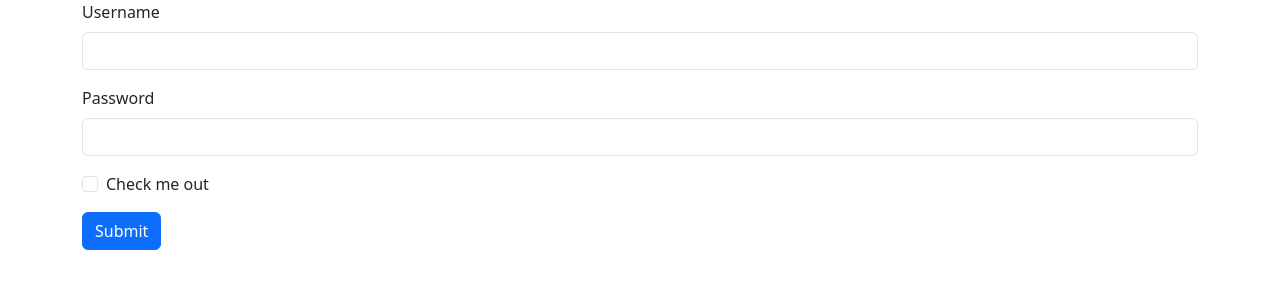
Repository: Vanh260703/Java-Servlet
Page: http://localhost/Bai6_JSP3/login.jsp
The author's editor kept a copy of each file at every save. The page is drawn from the files as they stood at one save, then again after the next save.
The browser window is 1280 px wide. The pictures show the whole page.
The page is served by Tomcat 9.

Above is the page before, as saved 2025-03-03 20:01:01.

### Bai6_JSP3/src/main/webapp/login.jsp
<%@ page language="java" contentType="text/html; charset=UTF-8"
    pageEncoding="UTF-8"%>
<!DOCTYPE html>
<html>
<head>
<meta charset="UTF-8">
<title>Insert title here</title>
<link href="https://cdn.jsdelivr.net/npm/bootstrap@5.3.3/dist/css/bootstrap.min.css" rel="stylesheet" integrity="sha384-QWTKZyjpPEjISv5WaRU9OFeRpok6YctnYmDr5pNlyT2bRjXh0JMhjY6hW+ALEwIH" crossorigin="anonymous">
<script src="https://cdn.jsdelivr.net/npm/@popperjs/core@2.11.8/dist/umd/popper.min.js" integrity="sha384-I7E8VVD/ismYTF4hNIPjVp/Zjvgyol6VFvRkX/vR+Vc4jQkC+hVqc2pM8ODewa9r" crossorigin="anonymous"></script>
<script src="https://cdn.jsdelivr.net/npm/bootstrap@5.3.3/dist/js/bootstrap.min.js" integrity="sha384-0pUGZvbkm6XF6gxjEnlmuGrJXVbNuzT9qBBavbLwCsOGabYfZo0T0to5eqruptLy" crossorigin="anonymous"></script>
</head>
<body>
	<!-- Form -->
	<div class = "container">
		<form>
  <div class="mb-3">
    <label for="username" class="form-label">Username</label>
    <input type="text" class="form-control" id="userName" name = "userName">
  </div>
  <div class="mb-3">
    <label for="exampleInputPassword1" class="form-label">Password</label>
    <input type="password" class="form-control" id="exampleInputPassword1">
  </div>
  <div class="mb-3 form-check">
    <input type="checkbox" class="form-check-input" id="exampleCheck1">
    <label class="form-check-label" for="exampleCheck1">Check me out</label>
  </div>
  <button type="submit" class="btn btn-primary">Submit</button>
</form>
	</div>
	<!-- End Form -->
</body>
</html>

After the next save:
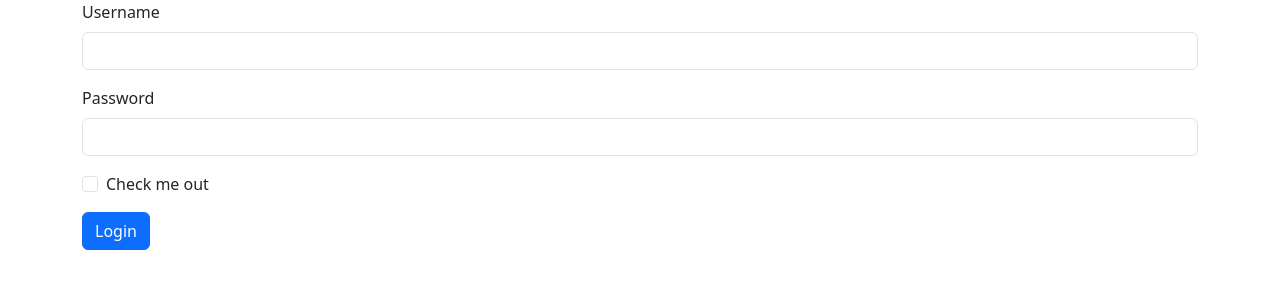
Saved 67 s later.
--- a/Bai6_JSP3/src/main/webapp/login.jsp
+++ b/Bai6_JSP3/src/main/webapp/login.jsp
@@ -12,20 +12,20 @@
 <body>
 	<!-- Form -->
 	<div class = "container">
-		<form>
+		<form action = "xuLyDangNhap.jsp" method = "get" id = "myForm">
   <div class="mb-3">
     <label for="username" class="form-label">Username</label>
     <input type="text" class="form-control" id="userName" name = "userName">
   </div>
   <div class="mb-3">
-    <label for="exampleInputPassword1" class="form-label">Password</label>
-    <input type="password" class="form-control" id="exampleInputPassword1">
+    <label for="password" class="form-label">Password</label>
+    <input type="password" class="form-control" id="password" name = "password">
   </div>
   <div class="mb-3 form-check">
     <input type="checkbox" class="form-check-input" id="exampleCheck1">
     <label class="form-check-label" for="exampleCheck1">Check me out</label>
   </div>
-  <button type="submit" class="btn btn-primary">Submit</button>
+  <button type="submit" class="btn btn-primary">Login</button>
 </form>
 	</div>
 	<!-- End Form -->
